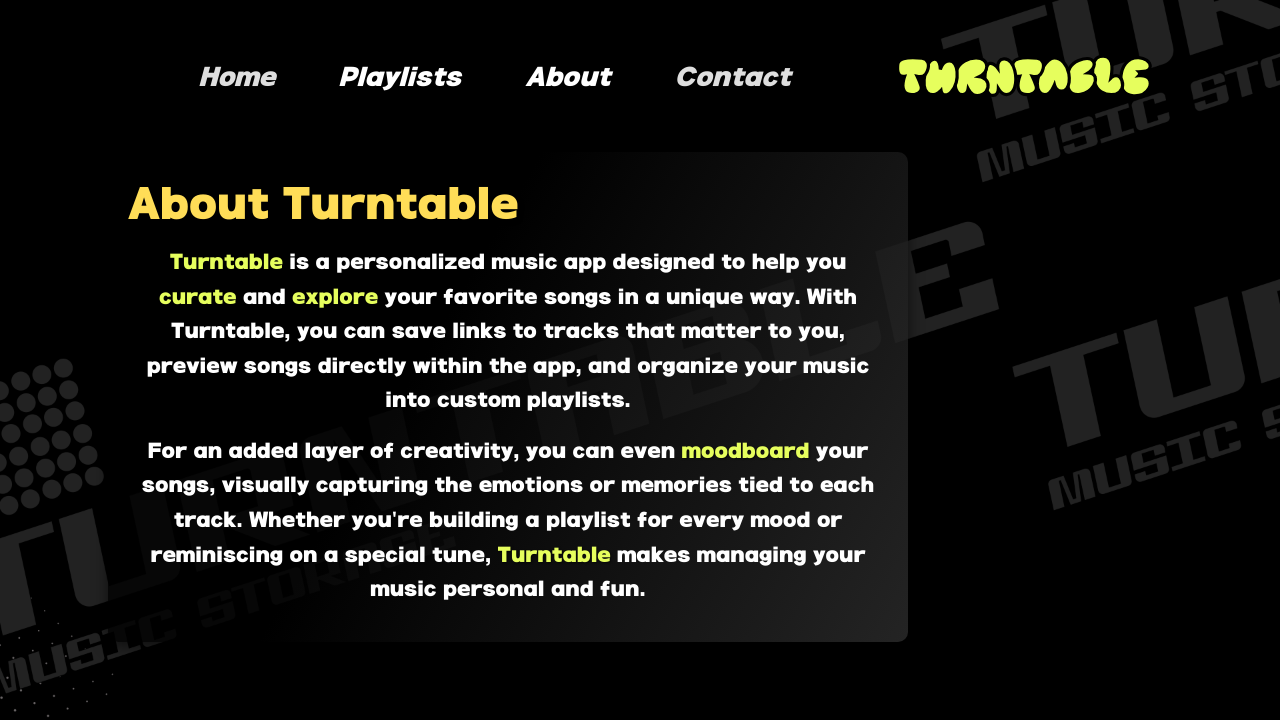
Repository: ReputableRice/Frontend-Project
Page: /app/about
The author's editor kept a copy of each file at every save. The page is drawn from the files as they stood at one save, then again after the next save.
The browser window is 1280 px wide. The pictures show the whole page.
Some web libraries are served in a nearby version. The project was rebuilt for these pictures with package versions that can differ from the ones it lists, and the page was loaded fresh each time. Also part of the build but not shown: vite.config.js, src/components/templates/ContactForm/contactform.css, src/components/templates/ContactForm/ContactForm.tsx, src/components/templates/Card/card.css, src/components/organisms/CardBottom/CardBottom.tsx, src/components/templates/Card/Card.tsx, src/Pages/Contact/Contact.css, src/Pages/Contact/Contact.tsx and 18 more.

Above is the page before, as saved 2024-12-01 00:57:25.

After the next save:
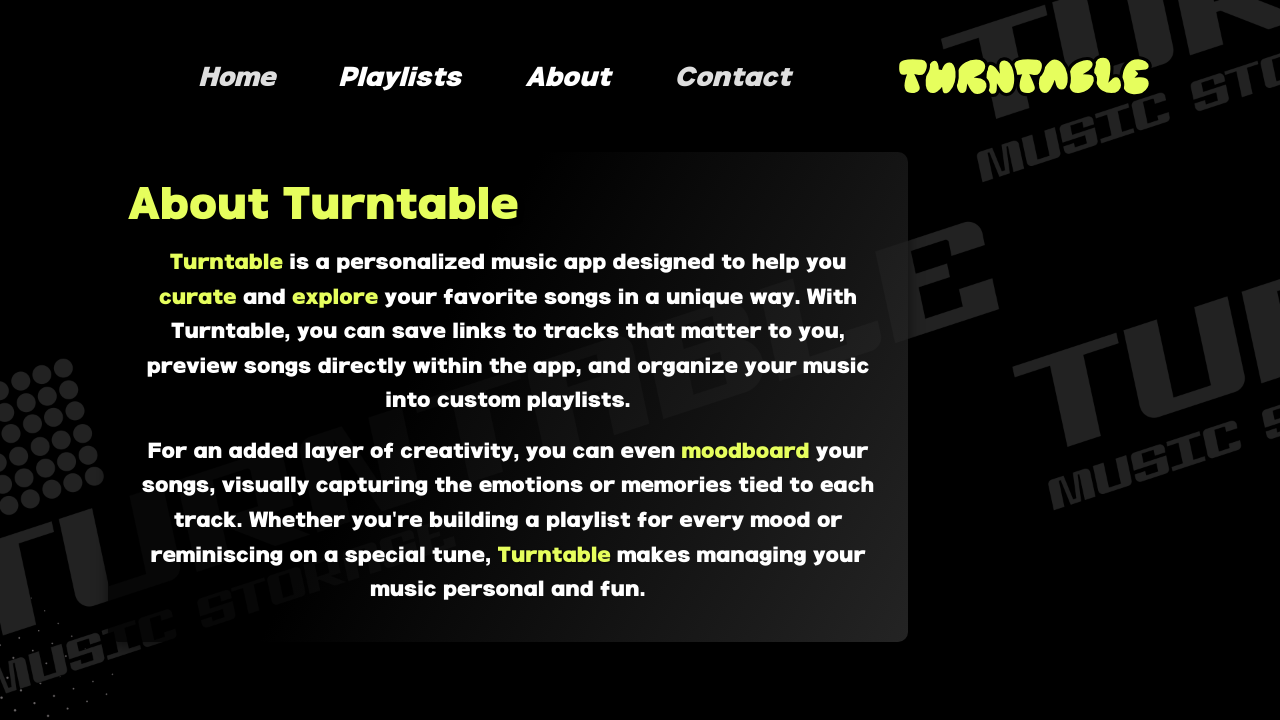
Saved 9 s later.
--- a/src/Pages/About/about.css
+++ b/src/Pages/About/about.css
@@ -52,7 +52,7 @@
 .aboutTitle {
     font-size: 2.5rem;
     font-weight: 700;
-    color: #ffdd57;
+    color:  var(--n-green);
     text-shadow: 2px 2px 4px rgba(0, 0, 0, 0.8);
 }
 
